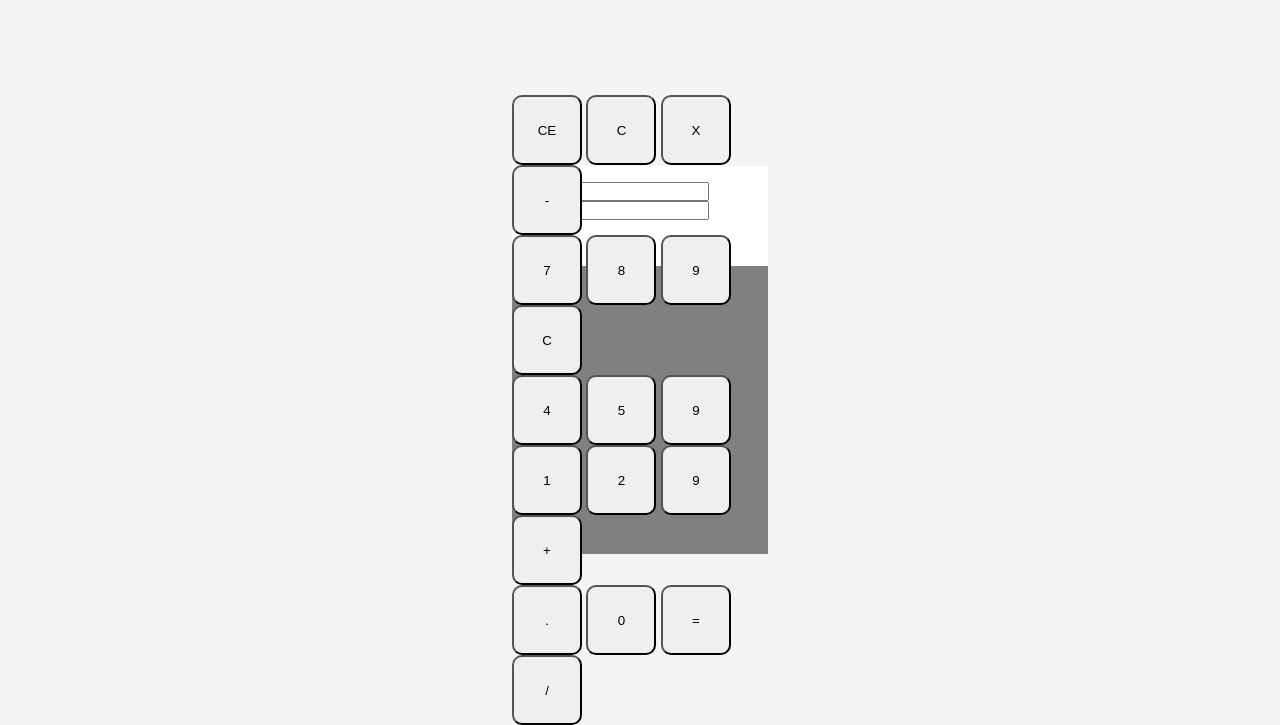
Repository: DNature/calc
Page: index.html
An editor plug-in stored every save of this project. The page is shown before and after the next save, followed by the edit.
The browser window is 1280 px wide. The pictures show the whole page.

Above is the page before, as saved 2019-11-20 23:27:26.

### index.html
<!DOCTYPE html>
<html lang="en">
  <head>
    <meta charset="UTF-8" />
    <meta name="viewport" content="width=device-width, initial-scale=1.0" />
    <meta http-equiv="X-UA-Compatible" content="ie=edge" />
    <link rel="stylesheet" href="css/style.css" />
    <title>Calculator</title>
  </head>
  <body>
    <div class="calculator">
      <div class="output">
        <input type="number" id="subField" />
        <input type="number" id="mainField" />
      </div>

      <div class="inputs">
        <div class="row">
          <button id="" class="button">CE</button>
          <button id="" class="button">C</button>
          <button id="" class="button">X</button>
          <button id="" class="button">-</button>
        </div>
        <div class="row">
          <button id="" class="button">7</button>
          <button id="" class="button">8</button>
          <button id="" class="button">9</button>
          <button id="" class="button">C</button>
        </div>
        <div class="row">
          <button id="" class="button">4</button>
          <button id="" class="button">5</button>
          <button id="" class="button">9</button>
        </div>
        <div class="row">
          <button id="" class="button">1</button>
          <button id="" class="button">2</button>
          <button id="" class="button">9</button>
          <button id="" class="button">+</button>
        </div>
        <div class="row">
          <button id="" class="button">.</button>
          <button id="" class="button">0</button>
          <button id="" class="button">=</button>
          <button id="" class="button">/</button>
        </div>
      </div>
    </div>
    <script src="./js/index.js"></script>
  </body>
</html>

### css/style.css
* {
  margin: 0;
  padding: 0;
  box-sizing: border-box;
}

body {
  font-family: Arial, Helvetica, sans-serif;
  background: #f4f4f4;
  height: 100vh;
  width: 100vw;
  display: grid;
  place-content: center;
}

.calculator {
  width: 20vw;
  background: white;
  display: grid;
  place-content: center;

  border-radius: 5px;
}

.output {
  height: 100px;
  padding: 1rem;
  background: white;
}

.inputs {
  background: grey;
  display: grid;
  place-content: center;
  height: 40vh;
}

.button {
  width: 70px;
  height: 70px;
  border-radius: 10px;
}

Loaded but not shown: js/index.js (no stored copy; drawn as an empty file)

After the next save:
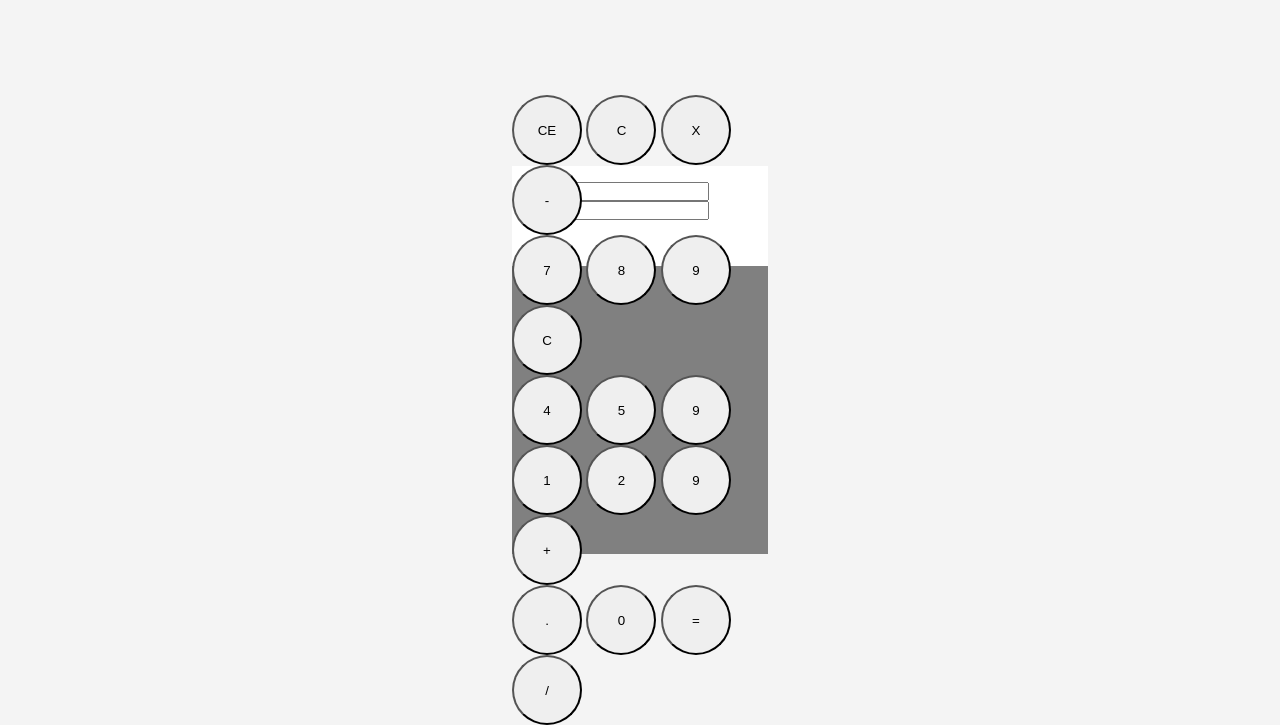
Saved 6 s later.
--- a/css/style.css
+++ b/css/style.css
@@ -38,5 +38,5 @@
 .button {
   width: 70px;
   height: 70px;
-  border-radius: 10px;
+  border-radius: 50%;
 }
